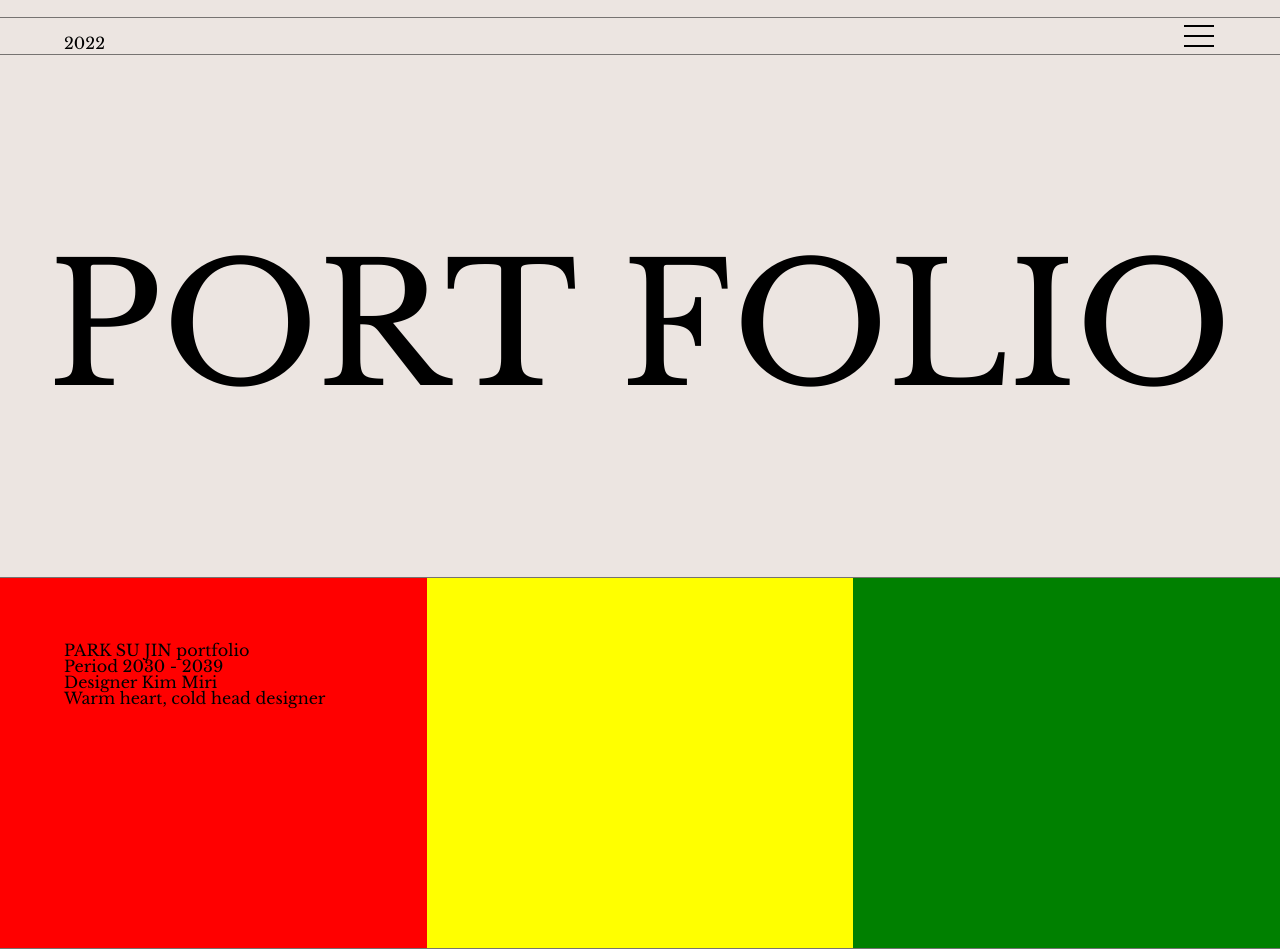
Repository: clsrnemfdml/portfolio_parksj_versiton1
Page: index.html
These files come from the project's save history. The page is drawn as it stood at one moment and after a run of saves; the edit follows.
The browser window is 1280 px wide. The pictures show the whole page.

Above is the page before, as saved 2021-09-02 07:32:01.

After the next 2 saves:
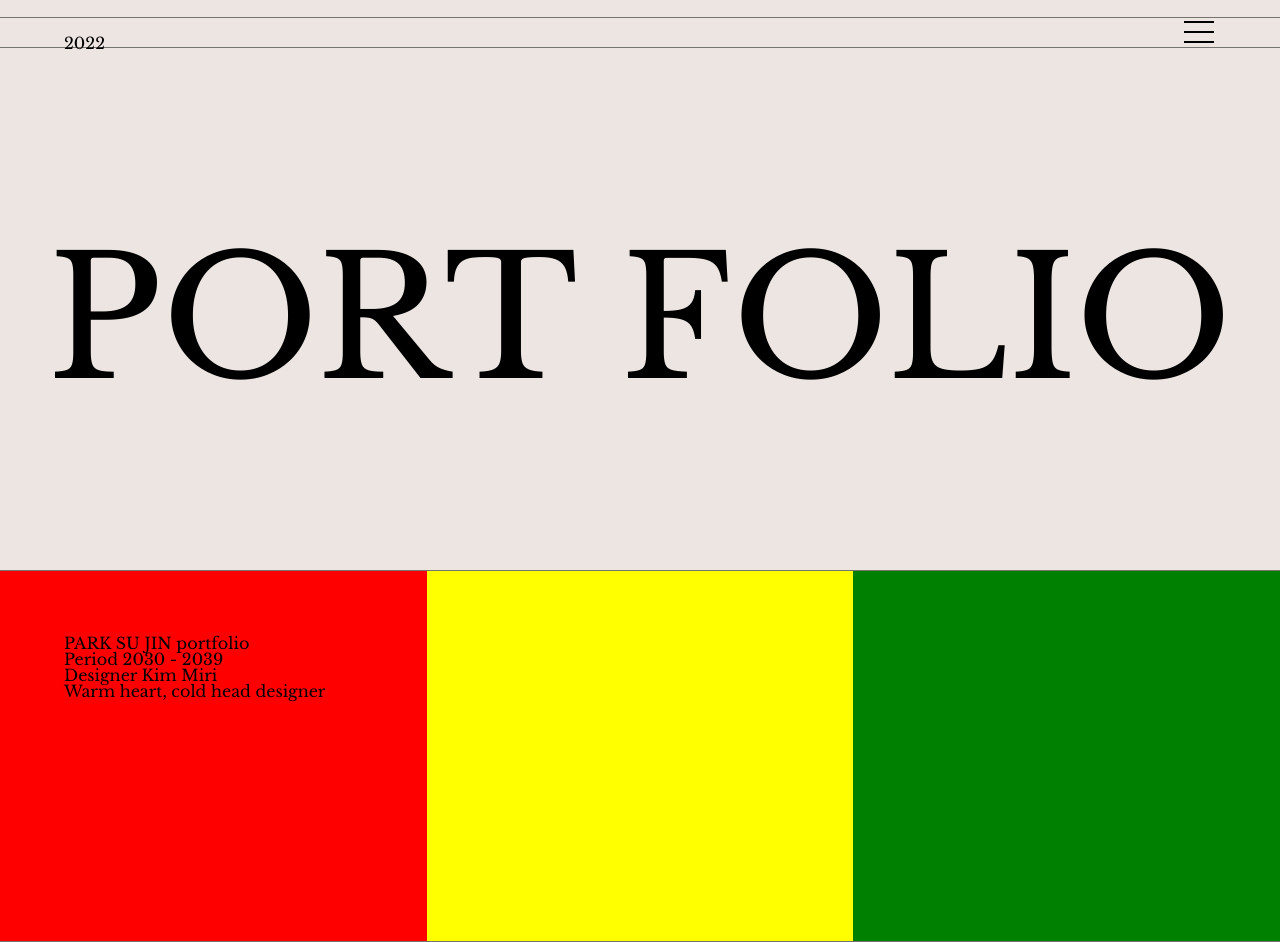
The 2 saves are shown as one change because they came seconds apart.
The last was saved 14 s later.
--- a/css/index.css
+++ b/css/index.css
@@ -19,7 +19,7 @@
     border-top: 1px solid #767371;
 }
 
-#wrap #section1 .menu{width: 100%; height: 5vh; border-bottom: 1px solid #767371;
+#wrap #section1 .menu{width: 100%; height: 4vh; border-bottom: 1px solid #767371;
     position: relative;
 
 }
